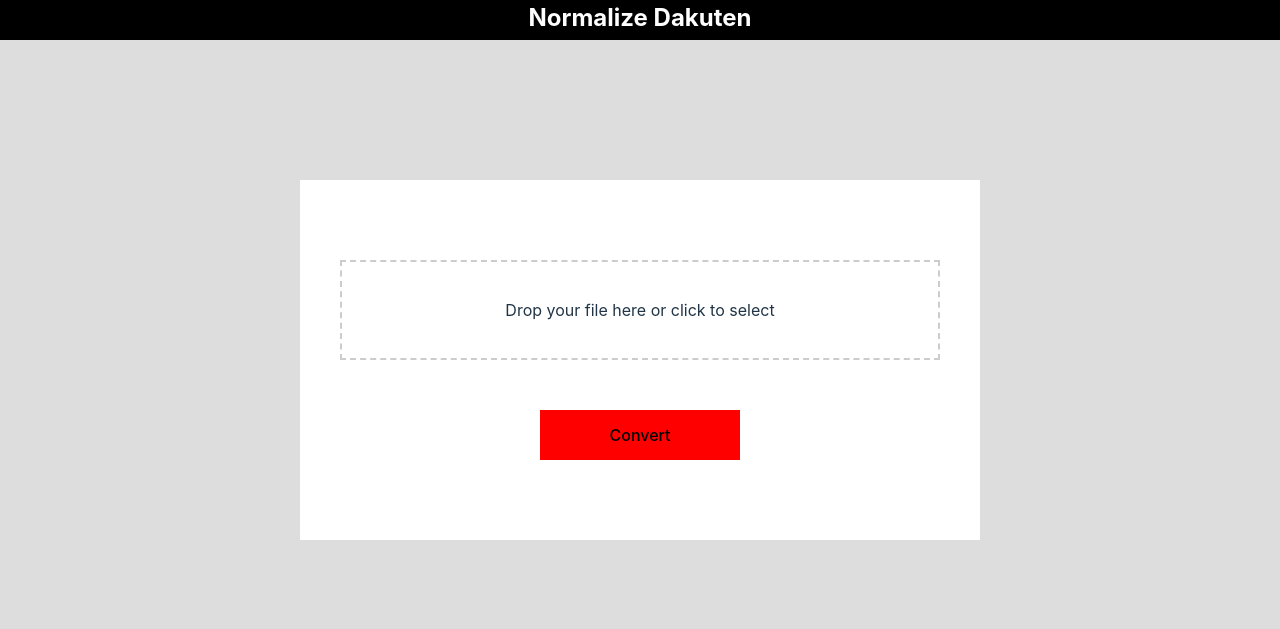
Repository: CatHandsService/normalize_dakuten
Page: / (app in front/)
The author's editor kept a copy of each file at every save. The page is drawn from the files as they stood at one save, then again after the next save.
The browser window is 1280 px wide. The pictures show the whole page.
The project was rebuilt for these pictures with package versions that can differ from the ones it lists, and the page was loaded fresh each time. Also part of the build but not shown: front/vite.config.ts.

Above is the page before, as saved 2024-01-27 16:48:02.

### front/src/App.tsx
import './App.css'
import { Header } from './components/Header'
import { ImportFile } from './components/ImportFile'
import { Convert } from './components/Convert'

function App() {

  return (
    <div className='main'>
      <Header />
      <div className='container'>
        <ImportFile />
        <Convert />
      </div>
    </div>
  )
}

export default App

### front/src/App.css
#root {
  max-width: 1280px;
  margin: 0 auto;
  padding: 2rem;
  text-align: center;
}

body {
  background-color: #ddd;
}

.header {
  width: 100%;
  height: 40px;
  background-color: #000;
  color: #fff;
  font-size: 24px;
  font-weight: bold;
  text-align: center;
  position: fixed;
  left: 0;
  top: 0;
}
.container {
  width: 600px;
  height: 200px;
  margin: 60px auto;
  padding: 80px 40px;
  background-color: #fff;
  display: flex;
  flex-direction: column;
  justify-content: space-between;
}

.inputField {
  width: 400px;
  height: 300px;
}
.convert {
  width: 200px;
  height: 50px;
  background-color: #f00;
  border-radius: 0;
}

.validMessage {
  color: blue;
  font-size: 24px;
  font-weight: bold;
}

.failedMessage {
  color: red;
  font-size: 24px;
  font-weight: bold;
}

### front/src/components/Header.tsx
import '../App.css'

export const Header = () => {
  return (
    <div className="header">
      Normalize Dakuten
    </div>
  )
}

### front/src/components/ImportFile.tsx
import '../App.css'
import React, { useCallback, useState } from 'react';
import { useDropzone } from 'react-dropzone';

export const ImportFile = () => {
  const [selectedFile, setSelectedFile] = useState<File | null>(null);
  const [fileName, setFileName] = useState<string>('');
  const [message, setMessage] = useState<string>('');

  const onDrop = useCallback((acceptedFiles: File[]) => {
    // ファイルが選択された時の処理
    const file = acceptedFiles[0];
    setSelectedFile(file);
    setFileName(file.name);

    // エクセルで取り扱えるファイルかどうかのバリデーションを実行
    if (validateFile(file)) {
      // バリデーションが通れば、ここで必要な処理を実行
      setMessage('The file is a file that can be handled by Excel.');
      console.log('The file is a file that can be handled by Excel.');
    } else {
      // バリデーションが通らない場合はエラーメッセージを表示などの処理を実行
      console.error('This file cannot be handled by Excel.');
      window.confirm("This file cannot be handled by Excel.");
      setSelectedFile(null);
      setFileName('');
    }
  }, []);

  const validateFile = (file: File): boolean => {
    // エクセルで取り扱えるかのバリデーションロジックをここに実装
    // 例として、拡張子がxlsxの場合にtrueを返すものとします
    return file.name.toLowerCase().endsWith('.xlsx');
  };

  const { getRootProps, getInputProps } = useDropzone({
    onDrop,
    multiple: false, // 一度に複数のファイルを選択できないようにする
    accept: '.xlsx', // 受け入れるファイルの種類を指定
  });

  return (
    <div>
      <div {...getRootProps()} style={dropzoneStyles}>
        <input className='inputField' {...getInputProps()} />
        <p>Drop your file here or click to select</p>
        {message !== ""
            ? <p className='validMessage'>{message}</p>
            : null
        }
      </div>
      {selectedFile && (
        <p className='message'>selected file : {fileName}</p>
      )}
    </div>
  );
};

const dropzoneStyles: React.CSSProperties = {
  border: '2px dashed #cccccc',
  padding: '20px',
  textAlign: 'center',
  cursor: 'pointer',
};

### front/src/components/Convert.tsx
import '../App.css'

export const Convert = () => {
  return (
    <div>
      <button className='convert'>Convert</button>
    </div>
  )
}

Loaded but not shown: front/index.html (common file); front/src/main.tsx (common file); front/src/index.css (common file)

After the next save:
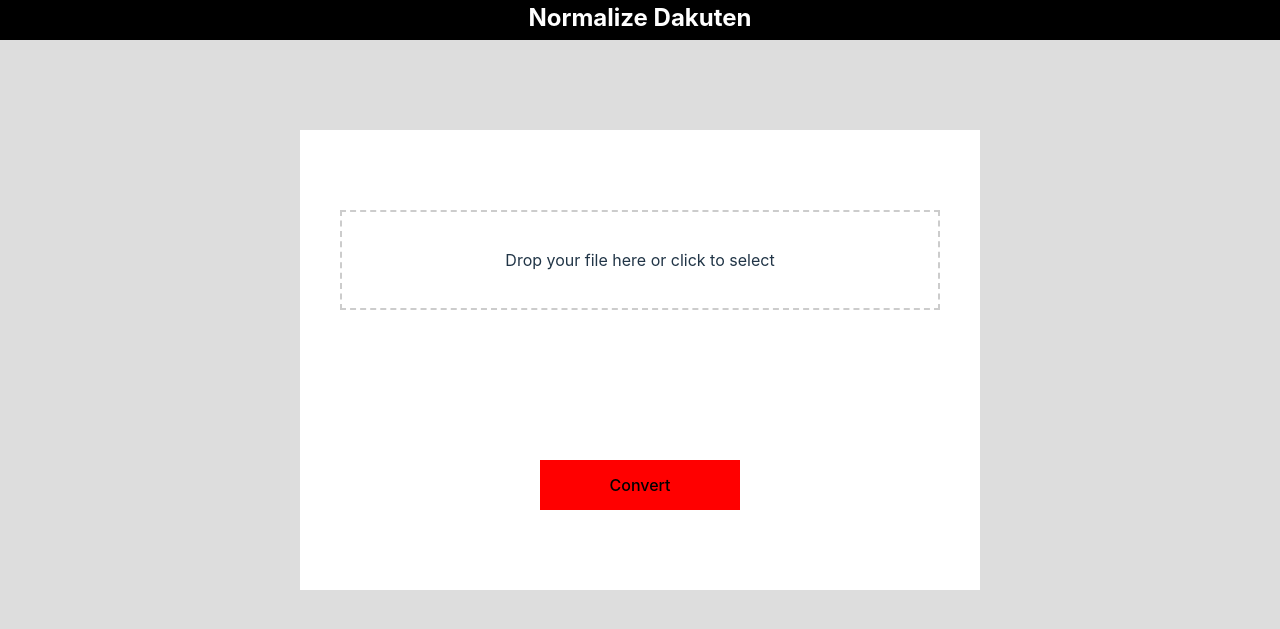
Saved 7 s later.
--- a/front/src/App.css
+++ b/front/src/App.css
@@ -23,7 +23,7 @@ body {
 }
 .container {
   width: 600px;
-  height: 200px;
+  height: 300px;
   margin: 60px auto;
   padding: 80px 40px;
   background-color: #fff;
